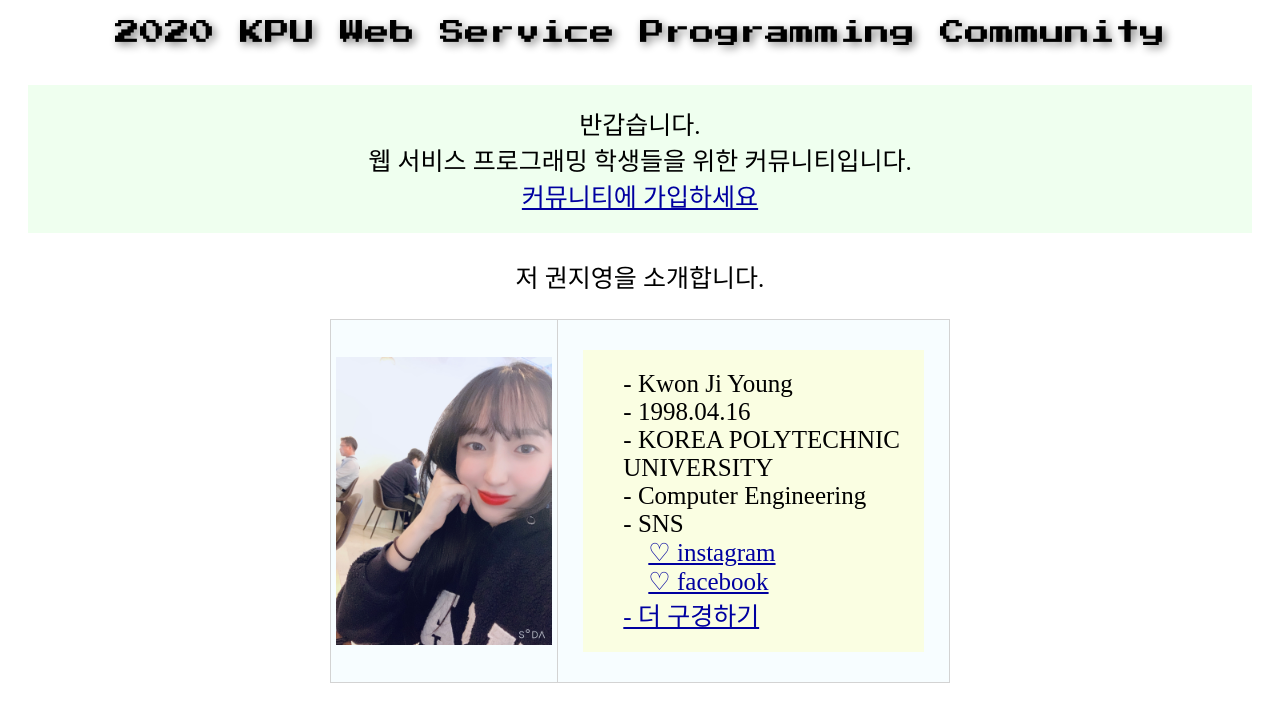
Repository: JiYoung-Kwon/WebProgramming
Page: workspace_20206R/kwonjiyoung_reg/WebContent/welcome.html
These files come from the project's save history. The page is drawn as it stood at one moment and after the next save; the edit follows.
The browser window is 1280 px wide. The pictures show the whole page.
Some web fonts or font styles are not loaded; a fallback is used.

Above is the page before, as saved 2020-10-08 03:50:36.

### workspace_20206R/kwonjiyoung_reg/WebContent/welcome.html
<!DOCTYPE html>
<html>

<head>
<meta charset="UTF-8">
<title>Web Service Programming Homework</title>
<link rel="stylesheet" href="resources/register.css" type="text/css"></link>
</head>

<body>
	<header> 2020 KPU Web Service Programming Community </header>

	<audio src="resources/물방울 - Tido Kang.mp3" autoplay>
	</audio>


	<p id=sect>
		반갑습니다. <br> 웹 서비스 프로그래밍 학생들을 위한 커뮤니티입니다. <br> <a
			href="http://localhost:8080/kwonjiyoung_reg/StudentServlet?cmd=join"
			target="_self"> 커뮤니티에 가입하세요</a>
	</p>

	<div>
		<p>저 권지영을 소개합니다.</p>

		<div>
			<table>
				<tr>
					<th><img src="resources/Jiyoung.jpg" alt="jiyoung" width="216"
						height="288" align="middle"></th>
					<td>
						<ul>
							<li>- Kwon Ji Young</li>
							<li>- 1998.04.16</li>
							<li>- KOREA POLYTECHNIC UNIVERSITY</li>
							<li>- Computer Engineering</li>
							<li>- SNS</li>
							<li class="a"><a href="https://www.instagram.com/jjiyomm/" target="_blank">♡ instagram</a></li>
							<li class="a"><a href="https://www.facebook.com/rhakrywkd" target="_blank">♡ facebook</a></li>
							<li> <a href="http://localhost:8080/kwonjiyoung_reg/myfavorite.html" target="_self"> - 더 구경하기</a></li>
						</ul>
					</td>
				</tr>
			</table>
		</div>
	</div>
</body>
</html>

### workspace_20206R/kwonjiyoung_reg/WebContent/resources/register.css
@charset "UTF-8";

@import
	url('https://fonts.googleapis.com/css2?family=Press+Start+2P&display=swap')
	;

@import
	url('https://fonts.googleapis.com/css2?family=Nanum+Pen+Script&display=swap')
	;

header {
	margin: 20px 10px 40px 10px;
	font-family: 'Press Start 2P', cursive;
	font-size: 25px;
	text-shadow: 3px 3px 8px gray;
	text-align: center;
}

body {
	color: black;
	font-family: 'Nanum Pen Script', cursive;
	font-size: 25px;
}

div {
	margin-left: auto;
	margin-right: auto;
	width: 70%;
	text-align: center;
}

ul {
	list-style: none;
	text-align: left;
	background-color: #FAFEE2;
	margin-left: 20px;
	margin-right: 20px;
	padding-top: 20px;
	padding-bottom: 20px;
}

#sect {
	background-color: #EFFFEF;
	text-align: center;
	margin: 20px;
	padding: 20px;
}

a {
	text-decoration: underline;
	color: #0000a0;
}

table {
	background-color: #F7FDFF;
	border-collapse: collapse;
	width: 100%;
}

th {
	border: 1px solid lightgray;
	padding: 5px;
	width: 30%;
}

td {
	border: 1px solid lightgray;
	padding: 5px;
	width: 70%;
}

.a {
	text-indent: 1em;
}

After the next save:
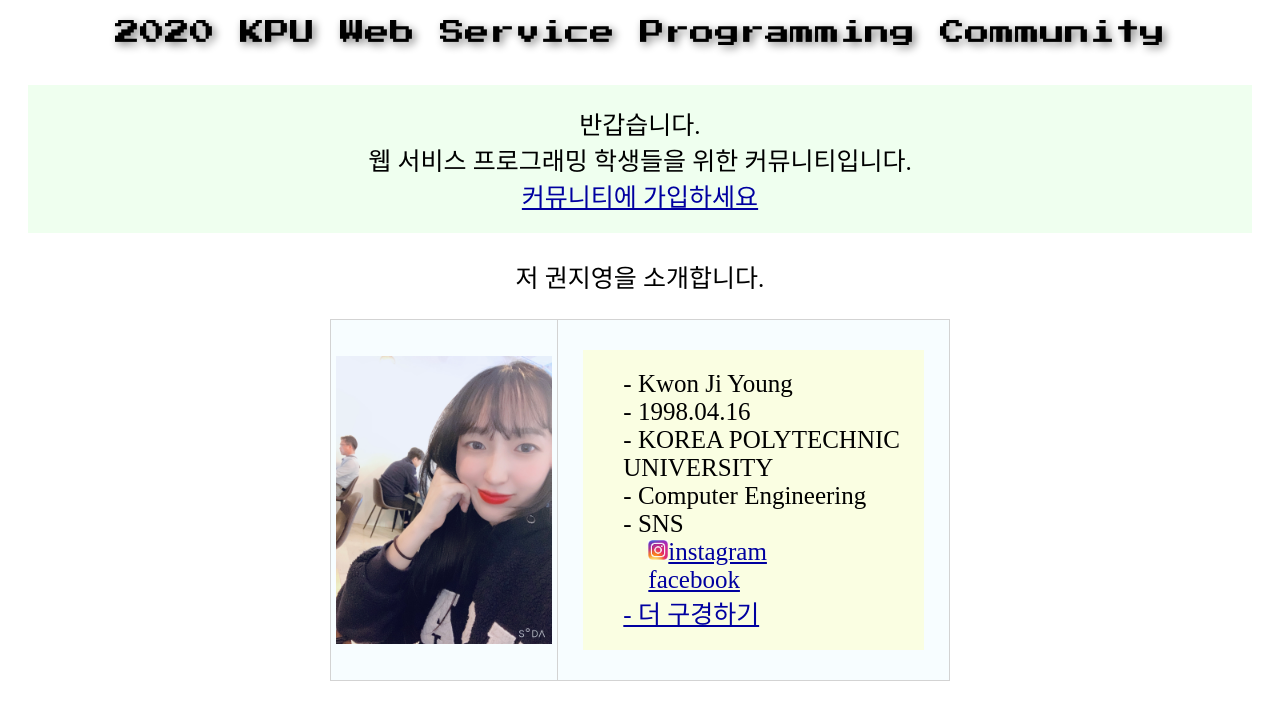
Saved 5 min 4 s later.
--- a/workspace_20206R/kwonjiyoung_reg/WebContent/welcome.html
+++ b/workspace_20206R/kwonjiyoung_reg/WebContent/welcome.html
@@ -35,8 +35,8 @@
 							<li>- KOREA POLYTECHNIC UNIVERSITY</li>
 							<li>- Computer Engineering</li>
 							<li>- SNS</li>
-							<li class="a"><a href="https://www.instagram.com/jjiyomm/" target="_blank">♡ instagram</a></li>
-							<li class="a"><a href="https://www.facebook.com/rhakrywkd" target="_blank">♡ facebook</a></li>
+							<li class="a"><img src="resources/insta.jpg" width="20" height="20"><a href="https://www.instagram.com/jjiyomm/" target="_blank">instagram</a></li>
+							<li class="a"><a href="https://www.facebook.com/rhakrywkd" target="_blank">facebook</a></li>
 							<li> <a href="http://localhost:8080/kwonjiyoung_reg/myfavorite.html" target="_self"> - 더 구경하기</a></li>
 						</ul>
 					</td>
